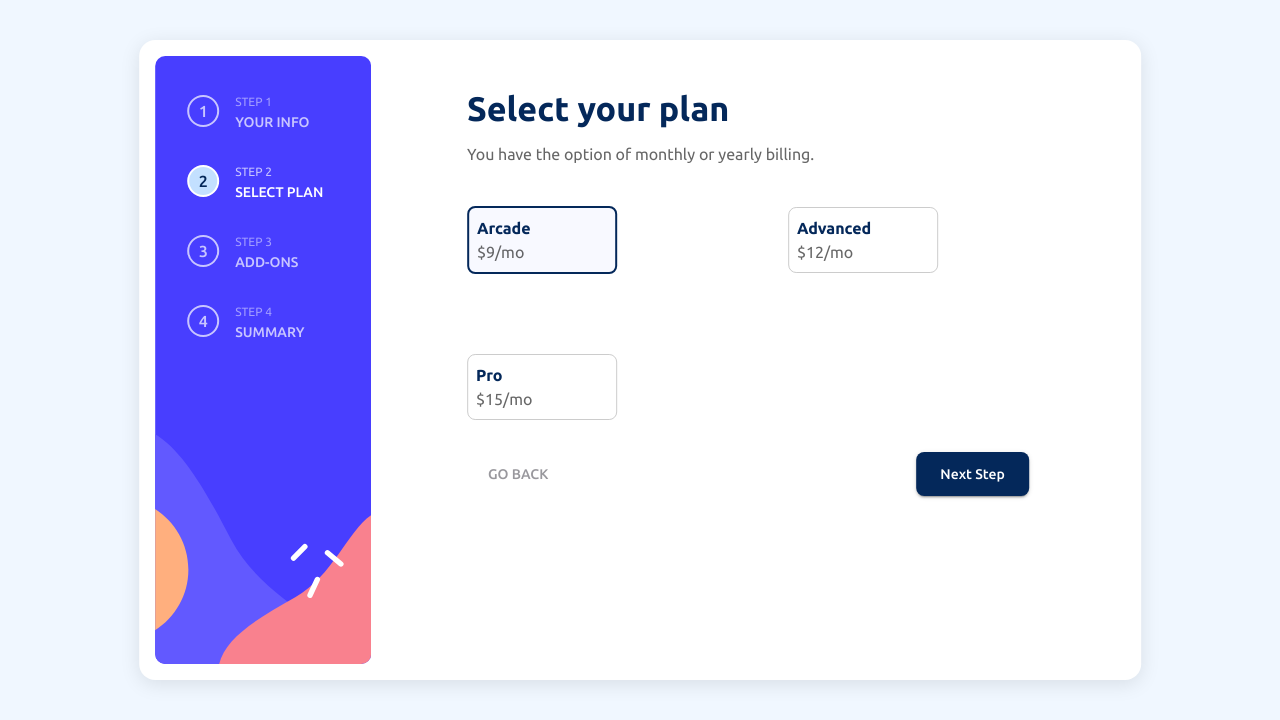
Repository: ozerrrs/chalange7days
Page: / (app in 7dayschalange/7dayschallange/), after clicking the first element matching `button.MuiButtonBase-root`
The author's editor kept a copy of each file at every save. The page is drawn from the files as they stood at one save, then again after the next save.
The browser window is 1280 px wide. The pictures show the whole page.
The project was rebuilt for these pictures with package versions that can differ from the ones it lists, and the page was loaded fresh each time. Also part of the build but not shown: 7dayschalange/7dayschallange/vite.config.js.

Above is the page before, as saved 2025-03-05 15:33:21.

After the next save:
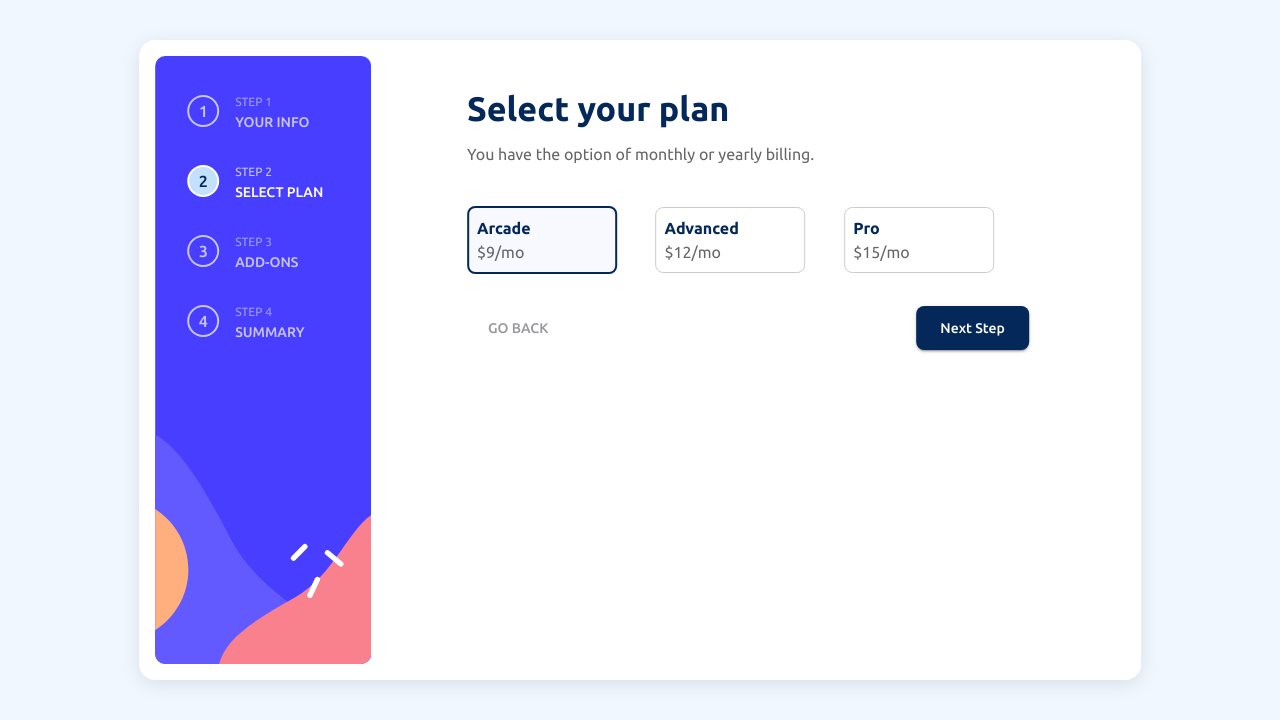
Saved 7 s later.
--- a/7dayschalange/7dayschallange/src/pages/firstPage.jsx
+++ b/7dayschalange/7dayschallange/src/pages/firstPage.jsx
@@ -231,7 +231,7 @@ function MultiStepForm() {
                 name="plan"
                 value={formData.plan}
                 onChange={handlePlanChange}
-                sx={{ display: "flex", flexDirection: "row", gap: 10 }}
+                sx={{ display: "flex", flexDirection: "row", gap: 0.5 }}
               >
                 <FormControlLabel
                   value="arcade"
